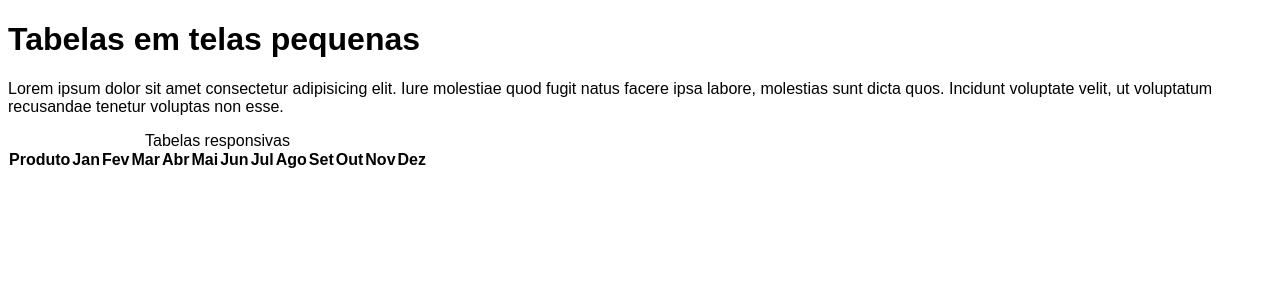
Repository: railsondev/html-css
Page: Módulo3/Exercicios/Ex02 - Tabelas/tabela005.html
The author's editor kept a copy of each file at every save. The page is drawn from the files as they stood at one save, then again after a run of saves.
The browser window is 1280 px wide. The pictures show the whole page.

Above is the page before, as saved 2024-10-22 15:07:25.

### Módulo3/Exercicios/Ex02 - Tabelas/tabela005.html
<!DOCTYPE html>
<html lang="pt-br">
<head>
  <meta charset="UTF-8">
  <meta name="viewport" content="width=device-width, initial-scale=1.0">
  <title>Tabelas responsivas</title>
  <link rel="stylesheet" href="src/css/estilo05.css">
</head>
<body>
  <h1>Tabelas em telas pequenas</h1>
  <p>Lorem ipsum dolor sit amet consectetur adipisicing elit. Iure molestiae quod fugit natus facere ipsa labore, molestias sunt dicta quos. Incidunt voluptate velit, ut voluptatum recusandae tenetur voluptas non esse.</p>
  <table>
    <caption>Tabelas responsivas</caption>
    <tr>
      <th>Produto</th>
      <th>Jan</th>
      <th>Fev</th>
      <th>Mar</th>
      <th>Abr</th>
      <th>Mai</th>
      <th>Jun</th>
      <th>Jul</th>
      <th>Ago</th>
      <th>Set</th>
      <th>Out</th>
      <th>Nov</th>
      <th>Dez</th>
    </tr>
  </table>
</body>
</html>

### Módulo3/Exercicios/Ex02 - Tabelas/src/css/estilo05.css
@charset 'UTF-8';

body {
  font-family: Arial, Helvetica, sans-serif;
}

table {
  border-collapse: collapse;
}

caption {
  font-size: ;
}

After the next 7 saves:
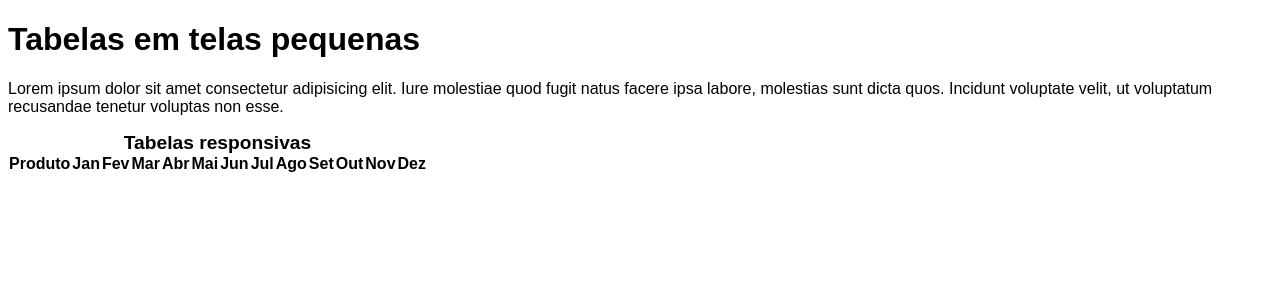
The 7 saves are shown as one change because they came seconds apart.
The last was saved 13 s later.
--- a/Módulo3/Exercicios/Ex02 - Tabelas/src/css/estilo05.css
+++ b/Módulo3/Exercicios/Ex02 - Tabelas/src/css/estilo05.css
@@ -9,5 +9,7 @@ table {
 }
 
 caption {
-  font-size: ;
+  font-size: 1.2em;
+  font-weight: bolder;
+
 }
